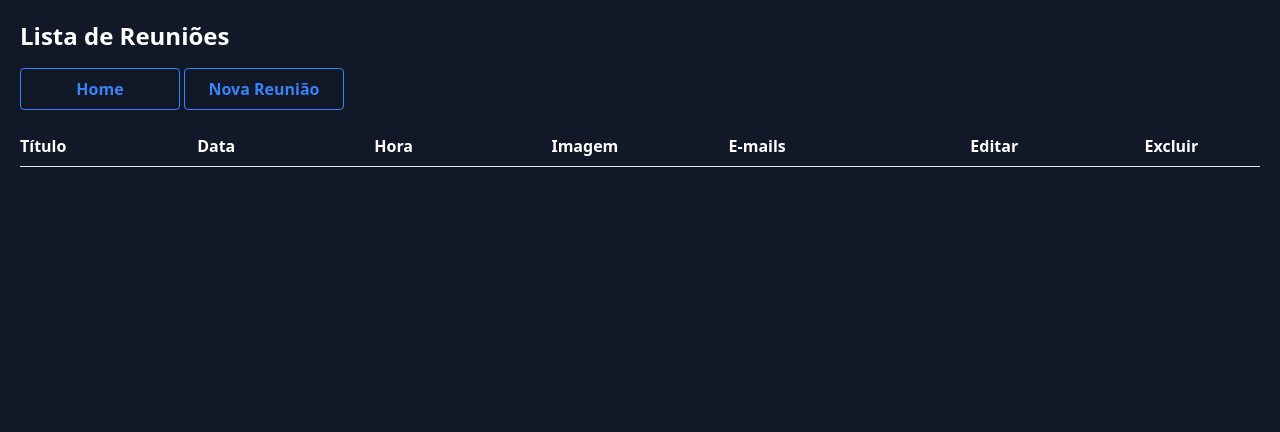
Repository: TamiBeira/meeting
Page: /meetings
These files come from the project's save history. The page is drawn as it stood at one moment and after the next save; the edit follows.
The browser window is 1280 px wide. The pictures show the whole page.
The project was rebuilt for these pictures with package versions that can differ from the ones it lists, and the page was loaded fresh each time. Also part of the build but not shown: vite.config.ts, src/contexts/FormContext.tsx, src/components/Form.tsx, src/components/HomePage.tsx.

Above is the page before, as saved 2024-02-27 07:43:56.

### index.html
<!doctype html>
<html lang="pt">
  <head>
    <meta charset="UTF-8" />
    <meta name="viewport" content="width=device-width, initial-scale=1.0" />
    <title>Meeting</title>
  </head>
  <body>
    <div id="root"></div>
    <script type="module" src="/src/main.tsx"></script>
  </body>
</html>

### src/app.tsx
import { BrowserRouter as Router, Routes, Route } from 'react-router-dom';
import { FormProvider } from './contexts/FormContext';
import { MeetingsProvider } from './contexts/MeetingsContext';
import { Form } from './components/Form';
import { MeetingsView } from './components/MeetingsView';
import { HomePage } from './components/HomePage';

export const App = () => {
  return (
    <Router>
      <Routes>
        <Route path="/" element={<HomePage />} />
        <Route path="/form" element={<FormProvider><Form /></FormProvider>} />
        <Route path="/meetings" element={<MeetingsProvider><MeetingsView /></MeetingsProvider>} />
      </Routes>
    </Router>
  );
};

### src/contexts/MeetingsContext.tsx
import React, { createContext, useState, useEffect, useContext } from 'react';
import { toast } from 'react-toastify';

export interface Meeting {
  title: string;
  data: string;
  hora: string;
  imagem?: string;
  imagemPath?: string;
  emails: string[];
}

interface MeetingsContextType {
  meetings: Meeting[];
  editableIndex: number | null;
  editedMeeting: Meeting;
  handleEdit: (index: number) => void;
  handleSave: () => void;
  handleDelete: (index: number) => void;
  handleInputChange: (event: React.ChangeEvent<HTMLInputElement>, key: string) => void;
}

interface MeetingContextProviderProps {
  children: React.ReactNode;
}

const MeetingsContext = createContext<MeetingsContextType | undefined>(undefined);

export const useMeetingsContext = () => {
  const context = useContext(MeetingsContext);
  if (!context) {
    throw new Error('useMeetingsContext must be used within a MeetingsProvider');
  }
  return context;
};

export const MeetingsProvider: React.FC<MeetingContextProviderProps> = ({ children }) => {
  const [meetings, setMeetings] = useState<Meeting[]>([]);
  const [editableIndex, setEditableIndex] = useState<number | null>(null);
  const [editedMeeting, setEditedMeeting] = useState<Meeting>({
    title: '',
    data: '',
    hora: '',
    emails: [],
  });

  useEffect(() => {
    const storedMeetings = localStorage.getItem('meetingData');
    if (storedMeetings) {
      setMeetings(JSON.parse(storedMeetings));
    }
  }, []);

  const handleEdit = (index: number) => {
    setEditableIndex(index);
    setEditedMeeting(meetings[index]);
  };

  const handleSave = () => {
    if (editableIndex === null) return;

    const updatedMeetings = [...meetings];
    updatedMeetings[editableIndex] = editedMeeting;
    setMeetings(updatedMeetings);
    localStorage.setItem('meetingData', JSON.stringify(updatedMeetings));
    setEditableIndex(null);
    setEditedMeeting({
      title: '',
      data: '',
      hora: '',
      emails: [],
    });
    toast.success('Reunião salva com sucesso!');
  };

  const handleDelete = (index: number) => {
    const confirmDelete = window.confirm('Tem certeza que deseja excluir esta reunião?');
    if (confirmDelete) {
      const updatedMeetings = [...meetings];
      updatedMeetings.splice(index, 1);
      setMeetings(updatedMeetings);
      localStorage.setItem('meetingData', JSON.stringify(updatedMeetings));
      toast.success('Reunião excluída com sucesso!');
    }
  };

  const handleInputChange = (event: React.ChangeEvent<HTMLInputElement>, key: string) => {
    setEditedMeeting({ ...editedMeeting, [key]: event.target.value });
  };

  const contextValue: MeetingsContextType = {
    meetings,
    editableIndex,
    editedMeeting,
    handleEdit,
    handleSave,
    handleDelete,
    handleInputChange,
  };

  return (
    <MeetingsContext.Provider value={contextValue}>
      {children}
    </MeetingsContext.Provider>
  );
};

### src/components/MeetingsView.tsx
import React from 'react';
import { Link } from 'react-router-dom';
import { ToastContainer } from 'react-toastify';
import { FaEdit, FaTrash } from 'react-icons/fa';
import { useMeetingsContext } from '../contexts/MeetingsContext';

export const MeetingsView: React.FC = () => {
  const {
    meetings,
    editableIndex,
    editedMeeting,
    handleEdit,
    handleSave,
    handleDelete,
    handleInputChange,
  } = useMeetingsContext();

  const handleImageChange = (e: React.ChangeEvent<HTMLInputElement>) => {
    const file = e.target.files && e.target.files[0];
    if (file) {
      const reader = new FileReader();
      reader.onloadend = () => {
        const imageDataUrl = reader.result as string;
        handleInputChange({ target: { value: imageDataUrl } } as React.ChangeEvent<HTMLInputElement>, 'imagem');
      };
      reader.readAsDataURL(file);
    }
  };

  return (
    <div className=" flex-col items-center bg-gray-900 h-screen mx-auto justify-center p-5">
      <h2 className="text-2xl text-white font-bold mb-4">Lista de Reuniões</h2>
      <div className="mt-4 mb-4">
        <Link to="/" className="w-40 mr-1 inline-block text-center border border-solid border-blue-500 text-blue-500 font-bold px-4 py-2 rounded">Home</Link>
        <Link to="/form" className="w-40 inline-block text-center border border-solid border-blue-500 text-blue-500 font-bold mr-2 px-4 py-2 rounded">Nova Reunião</Link>
      </div>
      <ul>
        <li className="border-b border-gray-200 py-2 flex sm:flex-row font-semibold">
          <div className="w-1/5 text-white">Título</div>
          <div className="w-1/5 text-white">Data</div>
          <div className="w-1/5 text-white">Hora</div>
          <div className="w-1/5 text-white">Imagem</div>
          <div className="w-1/5 text-white">E-mails</div>
          <div className="w-1/5 text-white text-center">Editar</div>
          <div className="w-1/5 text-white text-center">Excluir</div>
        </li>
        {meetings.map((meeting, index) => (
          <li key={index} className={`border-b border-gray-200 py-4 flex flex-col sm:flex-row justify-center items-center`}>
            {editableIndex === index ? (
              <>
                <input
                  type="text"
                  value={editedMeeting.title}
                  onChange={(e) => handleInputChange(e, 'title')}
                  className="mb-2 sm:mb-0 mr-4 px-4 py-2 border rounded-md shadow-sm focus:outline-none focus:ring-blue-500 focus:border-blue-500 max-w-28"
                  placeholder="Título"
                />
                <input
                  type="date"
                  value={editedMeeting.data}
                  onChange={(e) => handleInputChange(e, 'data')}
                  className="mb-2 sm:mb-0 mr-4 px-4 py-2 border rounded-md shadow-sm focus:outline-none focus:ring-blue-500 focus:border-blue-500"
                />
                <input
                  type="time"
                  value={editedMeeting.hora}
                  onChange={(e) => handleInputChange(e, 'hora')}
                  className="mb-2 sm:mb-0 mr-4 px-4 py-2 border rounded-md shadow-sm focus:outline-none focus:ring-blue-500 focus:border-blue-500"
                />
                <div className="flex items-center w-1/5">
                  <input
                    type="file"
                    accept="image/*"
                    onChange={handleImageChange}
                    className="hidden"
                    id="input-image"
                  />
                  <label htmlFor="input-image" className="cursor-pointer mr-2 underline text-blue-500">Escolher outra imagem</label>
                  {editedMeeting.imagem && (
                    <img src={editedMeeting.imagem} alt="Imagem da reunião" className="max-w-xs h-12" />
                  )}
                </div>
                <input
                  type="text"
                  value={editedMeeting.emails.join(', ')}
                  onChange={(e) => handleInputChange(e, 'emails')}
                  className="mb-2 sm:mb-0 mr-4 px-4 py-2 border rounded-md shadow-sm focus:outline-none focus:ring-blue-500 focus:border-blue-500 w-64"
                  placeholder="E-mails"
                />
                <div>
                  <button
                    onClick={handleSave}
                    className="bg-green-500 hover:bg-green-700 text-white font-bold py-2 px-4 mr-2 rounded"
                  >
                    Salvar
                  </button>
                </div>
              </>
            ) : (
              <>
                <div className="w-1/5 text-white">{meeting.title}</div>
                <div className="w-1/5 text-white">{meeting.data}</div>
                <div className="w-1/5 text-white">{meeting.hora}</div>
                <div className="w-1/5 text-white">
                  <img src={meeting.imagem} alt="Imagem da reunião" width={50} height={50}/>
                </div>
                <div className="w-1/5 text-white">{Array.isArray(meeting.emails) ? meeting.emails.join(', ') : ''}</div>
                <div className="w-1/5 text-center text-white">
                  <button
                    onClick={() => handleEdit(index)}
                    className="text-blue-500 font-bold"
                  >
                    <FaEdit className="inline-block mr-1" />
                  </button>
                </div>
                <div className='w-1/5 justify-center text-center'>
                  <button
                    onClick={() => handleDelete(index)}
                    className="text-red-500 font-bold"
                  >
                    <FaTrash className="inline-block mr-1" />
                  </button>
                </div>
              </>
            )}
          </li>
        ))}
      </ul>
      <ToastContainer />
    </div>
  );
};

### tailwind.config.js
/** @type {import('tailwindcss').Config} */
export default {
  content: [
    "./index.html",
    "./src/**/*.tsx",
  ],
  theme: {
    extend: {},
  },
  plugins: [],
}

Loaded but not shown: src/main.tsx (common file); src/index.css (common file)

After the next save:
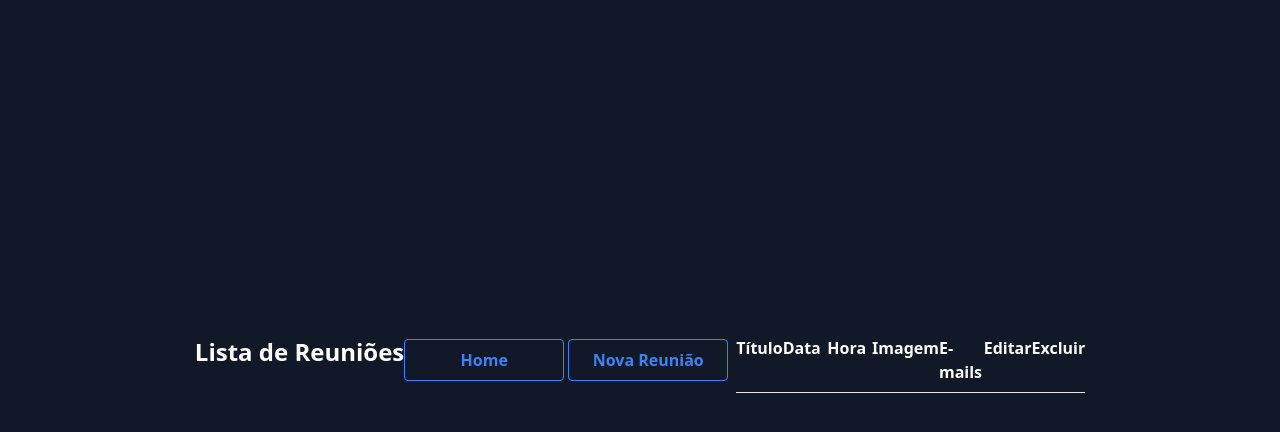
Saved 28 s later.
--- a/src/components/MeetingsView.tsx
+++ b/src/components/MeetingsView.tsx
@@ -28,7 +28,7 @@
   };
 
   return (
-    <div className=" flex-col items-center bg-gray-900 h-screen mx-auto justify-center p-5">
+    <div className=" flex items-center bg-gray-900 h-screen mx-auto justify-center p-5">
       <h2 className="text-2xl text-white font-bold mb-4">Lista de Reuniões</h2>
       <div className="mt-4 mb-4">
         <Link to="/" className="w-40 mr-1 inline-block text-center border border-solid border-blue-500 text-blue-500 font-bold px-4 py-2 rounded">Home</Link>

After the save that followed:
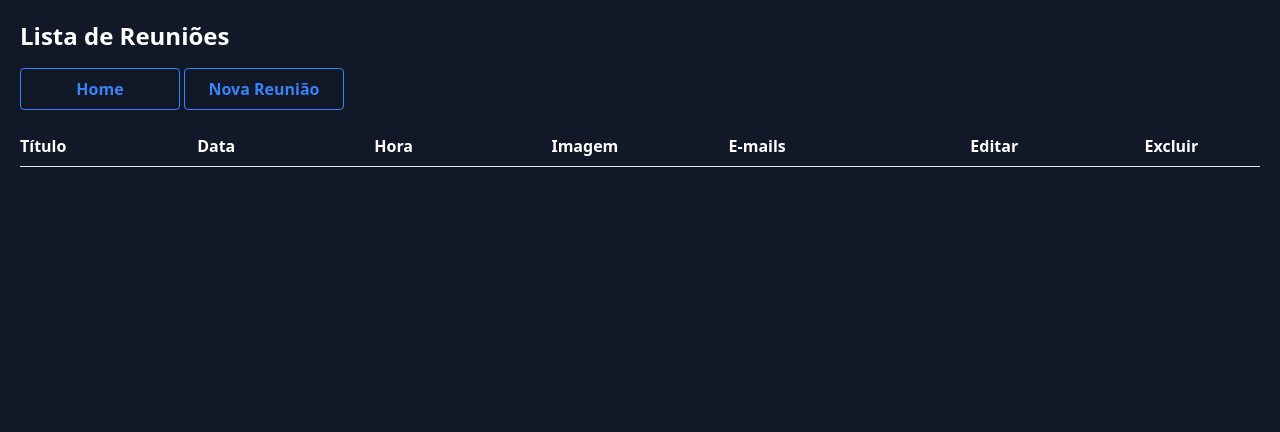
Saved 4 s later.
--- a/src/components/MeetingsView.tsx
+++ b/src/components/MeetingsView.tsx
@@ -28,7 +28,7 @@
   };
 
   return (
-    <div className=" flex items-center bg-gray-900 h-screen mx-auto justify-center p-5">
+    <div className=" flex-col items-center bg-gray-900 h-screen mx-auto justify-center p-5">
       <h2 className="text-2xl text-white font-bold mb-4">Lista de Reuniões</h2>
       <div className="mt-4 mb-4">
         <Link to="/" className="w-40 mr-1 inline-block text-center border border-solid border-blue-500 text-blue-500 font-bold px-4 py-2 rounded">Home</Link>
